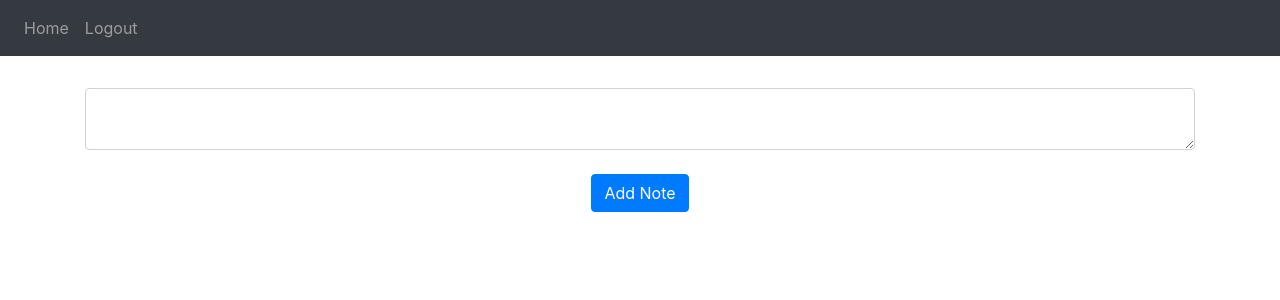
Repository: seafgomaa/userdashboard-flask
Page: http://localhost/
These files come from the project's save history. The page is drawn as it stood at one moment and after the next save; the edit follows.
The browser window is 1280 px wide. The pictures show the whole page.
Some web libraries are served in a nearby version. The page is served by the project's application, run on Flask 3 (website/__init__.py). The user the application loads for id 1 is signed in. The page reads the database file committed with the project.

Above is the page before, as saved 2022-08-20 16:52:35.

After the next save:
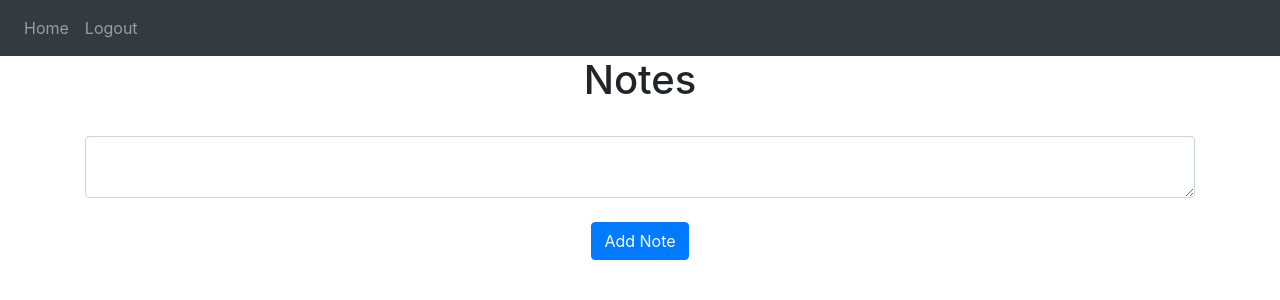
Saved 9 s later.
--- a/website/templates/home.html
+++ b/website/templates/home.html
@@ -1,7 +1,7 @@
 {% extends "base.html" %}
 {% block title %}Home{% endblock %}
 {% block content %}
-<h1 align="center"></h1>
+<h1 align="center">Notes</h1>
     <br>
     <form method="POST">
         <textarea name="note" id="note" class="form-control"></textarea>
